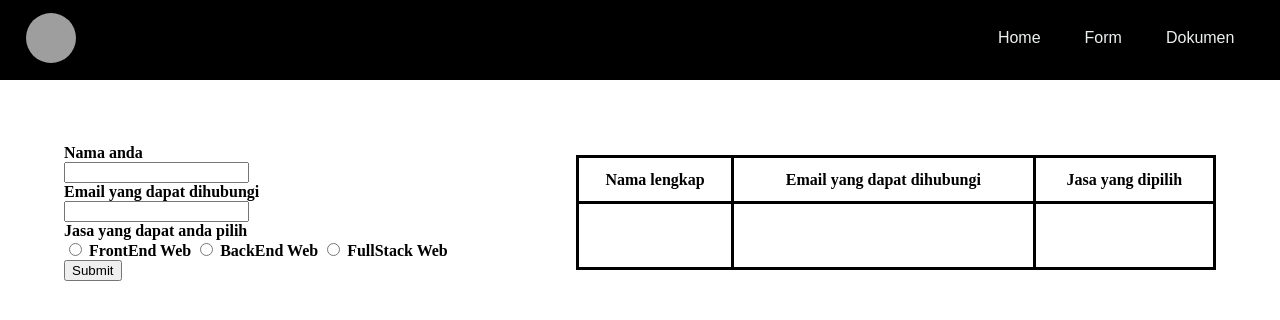
Repository: zecht12/TimModul
Page: TimModul.html
These files come from the project's save history. The page is drawn as it stood at one moment and after the next save; the edit follows.
The browser window is 1280 px wide. The pictures show the whole page.
Pictures or frames that could not be fetched are drawn as grey boxes.

Above is the page before, as saved 2023-03-14 13:33:17.

### TimModul.html
<!DOCTYPE html>
<html lang="en">
<head>
    <meta charset="UTF-8">
    <meta http-equiv="X-UA-Compatible" content="IE=edge">
    <meta name="viewport" content="width=device-width, initial-scale=1.0">
    <link rel="stylesheet" href="style.css">
    <title>Jasa Coding</title>
</head>
<body>
    <div style="height: 80px; width: 100%; background-color: black;">
        <header>
            <img src="./assets/wallpaper.jpg" alt="Image" style="height: 50px; width: 50px; border-radius: 100%;" >
            <ul class="nav_links">
                <li><a href="#">Home</a></li>
                <li><a href="#">Form</a></li>
                <li><a href="#">Dokumen</a></li>
            </ul>
        </headers>
    </div>
    <div class="forms">
        <form>
            <label for="Nama" class="Labelnama">Nama anda</label><br>
            <input type="text" id="Nama" name="Nama" class="Nama"><br>

            <label for="Email" class="Labelemail">Email yang dapat dihubungi</label><br>
            <input type="text" id="Email" name="Email" class="Email"><br>

            <label for="Pilihan" class="Pilihan">Jasa yang dapat anda pilih</label><br>
            <input type="radio" id="FrontEnd" name="fav_language" value="FrontEnd">
            <label for="FrontEnd">FrontEnd Web</label>

            <input type="radio" id="BackEnd" name="fav_language" value="BackEnd">
            <label for="BackEnd">BackEnd Web</label>

            <input type="radio" id="FullStack" name="fav_language" value="FullStack">
            <label for="FullStack">FullStack Web</label><br>

            <input type="submit" value="Submit">
        </form>
        <table style="width: 50%; border-collapse: collapse;">
            <tr>
                <th>Nama lengkap</th>
                <th>Email yang dapat dihubungi</th>
                <th>Jasa yang dipilih</th>
            </tr>
            <tr>
                <td></td>
                <td></td>
                <td></td>
            </tr>
        </table>
    </div>
</body>
</html>

### style.css
body{
    height: auto;
    width: 100%;
    margin: auto;
    padding: auto;
}
header{
    display: flex;
    align-items: center;
    justify-content: space-between;
    padding-left: 2%;
    padding-right: 2%;
    padding-top: 1%;
}
li, a, button{
    font-family: "Montserrat", sans-serif;
    font-size: 16px;
    color: #edf0f1;
    text-decoration: none;
}
.nav_links{
    list-style: none;
}
.nav_links li{
    display: inline-block;
    padding: 0px 20px;
}
.nav_links li a:hover{
    color: #0088a9;
}
.forms{
    height: auto;
    width: 100%;
    display: flex;
    justify-content: space-around;
    align-items: center;
    padding-top: 5%;
}
th{
    height: 30px;
    text-align: center;
    color: black;
    font: bold;
    border-style:solid;
    border-color: black;
    padding: 1%;
}
td{padding: 1%;
    height: 50px;
    text-align: center;
    color: black;
    border-style:solid;
    border-color: black;
}
label {
    color: black;
    font-weight: bold;
    width: 130px;
    padding: ;
}

After the next save:
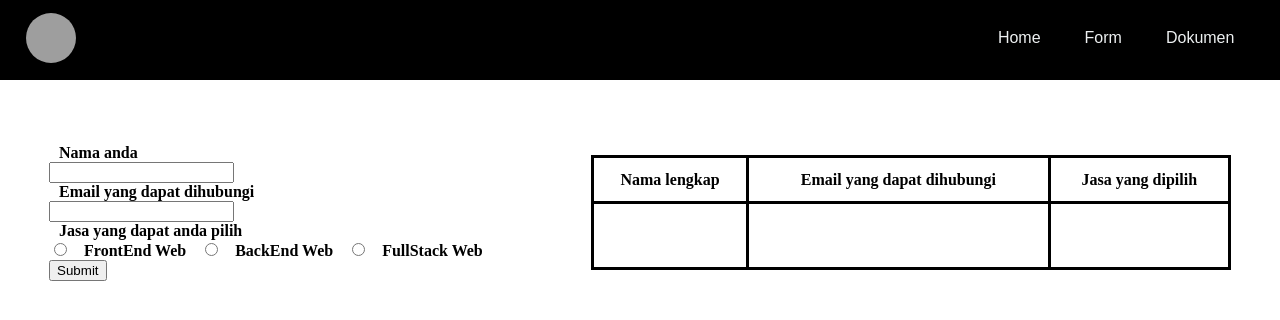
Saved 4 s later.
--- a/style.css
+++ b/style.css
@@ -56,5 +56,5 @@
     color: black;
     font-weight: bold;
     width: 130px;
-    padding: ;
+    padding: 10px;
 }

After the 2 saves that followed:
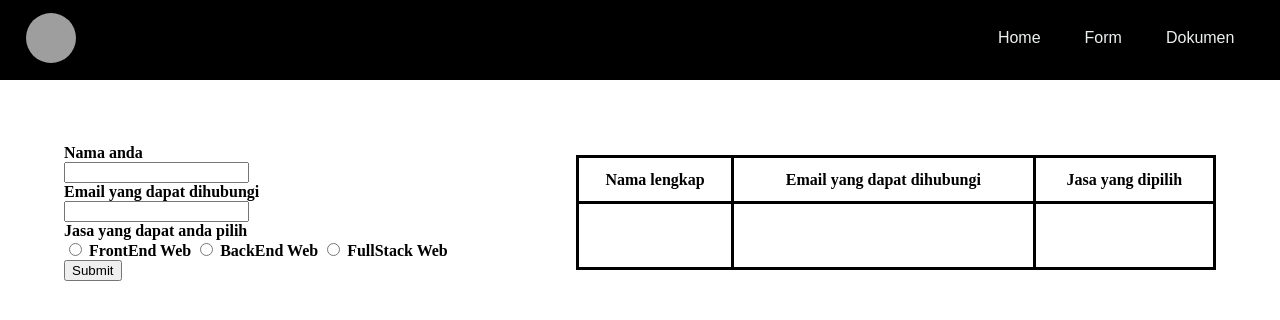
The 2 saves are shown as one change because they came seconds apart.
The last was saved 7 s later.
--- a/style.css
+++ b/style.css
@@ -56,5 +56,4 @@
     color: black;
     font-weight: bold;
     width: 130px;
-    padding: 10px;
 }
